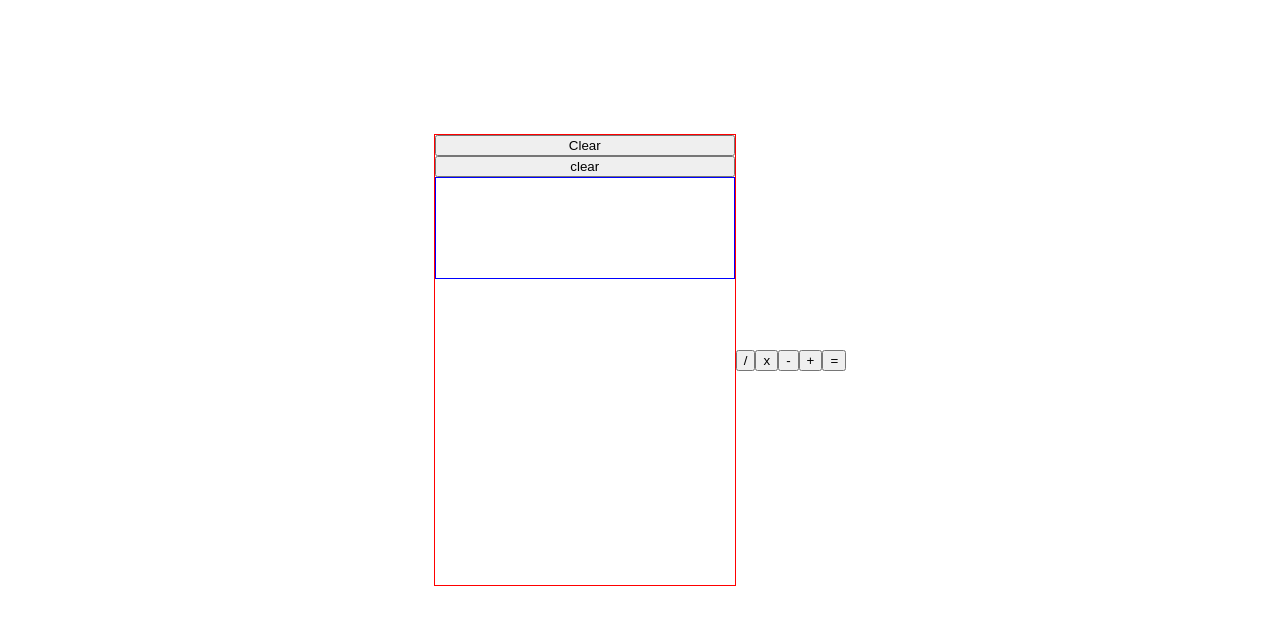
Repository: kocokoy/Calculator
Page: index.html
These files come from the project's save history. The page is drawn as it stood at one moment and after the next save; the edit follows.
The browser window is 1280 px wide. The pictures show the whole page.

Above is the page before, as saved 2024-10-22 13:52:25.

### index.html
<!DOCTYPE html>
<html lang="en">
<head>
  <meta charset="UTF-8">
  <meta name="viewport" content="width=device-width, initial-scale=1.0">
  <link rel="stylesheet" href="/style.css">
  <title>Document</title>
</head>
<body>
  <div class="calculator-container">
    <div class="output-number"></div>
    <div class="number-and-clear-container">
      <div class="clear-button-container">
        <button class="clear-button">Clear</button>
      </div>
      <div class="number-container">

      </div>
    </div>
    <div class="operator-container">
    </div>
  </div>
  <script src="/script.js"></script>
</body>
</html>

### style.css
body{
  padding: 0;
  margin: 0;
  height: 100%;
}
.calculator-container{
  display: flex;
  align-items: center;
  justify-content: center;
  height: 100vh;
}
.number-and-clear-container{
  border: 1px solid red;
  height: 450px;
  width: 300px;
  display: block;
}
.clear-button-container{
  display: grid;
}
.number-container{
  display: grid;
  grid-template-columns: 1fr 1fr 1fr;
  direction: rtl;
  border: 1px solid blue;
  height: 100px;
}
.zero-button{
  display: grid;
  grid-template-columns: 1fr;
}

### script.js
const calculatorButton = ['clear',1,2,3,4,5,6,7,8,9,0];
const operatorContent = ['/','x','-','+','='];
const numberContainer = document.querySelector('.number-container');
const numberButton = document.querySelectorAll('.number-button');
const operatorContainer = document.querySelector('.operator-container');
const operatorButton = document.querySelectorAll('.operator-button');
const outputElement = document.querySelector('.output-number');

let num1 = '';
let num2 = '';
let operator = '';
let result = 0;
let equals ='';
let html = '';

const descendedNumber = calculatorButton.sort((a,b) => b-a)
descendedNumber.forEach(num => {
  console.log(num);
  if(num === 'clear'){
    const div = document.createElement('div');
    const button = document.createElement('button');
    div.classList.add('clear-button-container');
    const clearButtonContainer = document.querySelector('.clear-button-container');
    button.classList.add('clear-button');
    button.textContent = num;
    clearButtonContainer.appendChild(button);
    console.log(div);
  }
  // const button = document.createElement('button');
  // button.classList.add('number-button');
  // button.textContent = num;
  // numberContainer.appendChild(button);
});

operatorContent.forEach(oper => {
  const button = document.createElement('button');
  button.classList.add('operator-button');
  button.textContent = oper;
  operatorContainer.appendChild(button);
});


operatorButton.forEach((operButton,i) => {
  operButton.addEventListener('click', () => {
    if(operButton.textContent != '='){
      operator = operButton.textContent;
      outputElements(operator);
    }else{
      equals = operButton.textContent;
      if(equals === '='){
        console.log(`${num1}${operator}${num2}`)
        operate(num1,num2,operator);
      }
    }

  })
})

numberButton.forEach((numButton,i) => {
  numButton.addEventListener('click', () => {

    if (operator === '') {
      num1 += numButton.textContent;
      outputElements(numButton.textContent);
      console.log('Num1:', num1);
    } else {
      num2 += numButton.textContent;
      outputElements(numButton.textContent);
      console.log('Num2:', num2);
    }
  })
})


function outputElements(a){
  if(num1 && num2 && operator && equals){
    outputElement.textContent = '';
    outputElement.textContent = a;
  }else{
    html+=a;
    console.log(html);
    outputElement.textContent = html;
  }
}




function operate(num1,num2,operator){
  number1 = parseInt(num1,10);
  number2 = parseInt(num2,10);
  if(operator === '+'){
    addOperator(number1,number2);
  }else if(operator === '-'){
    minusOperator(number1,number2);
  }else if(operator === '*'){
    timesOperator(number1,number2);
  }else if(operator === '/'){
    divideOperator(number1,number2);
  }
}


const addOperator = (a,b) => {
  console.log(a,b);
  result = a + b;
  outputElements(result);
  return console.log(result);
}

const minusOperator = (a,b) => {
  result = a-b;
  outputElements(result);
  return console.log(result);
}

const timesOperator = (a,b) => {
  result = a*b;
  outputElements(result);
  return console.log(result);
}

const divideOperator = (a,b) => {
  sum = a/b;
  outputElements(result);
  return console.log(result);
}

After the next save:
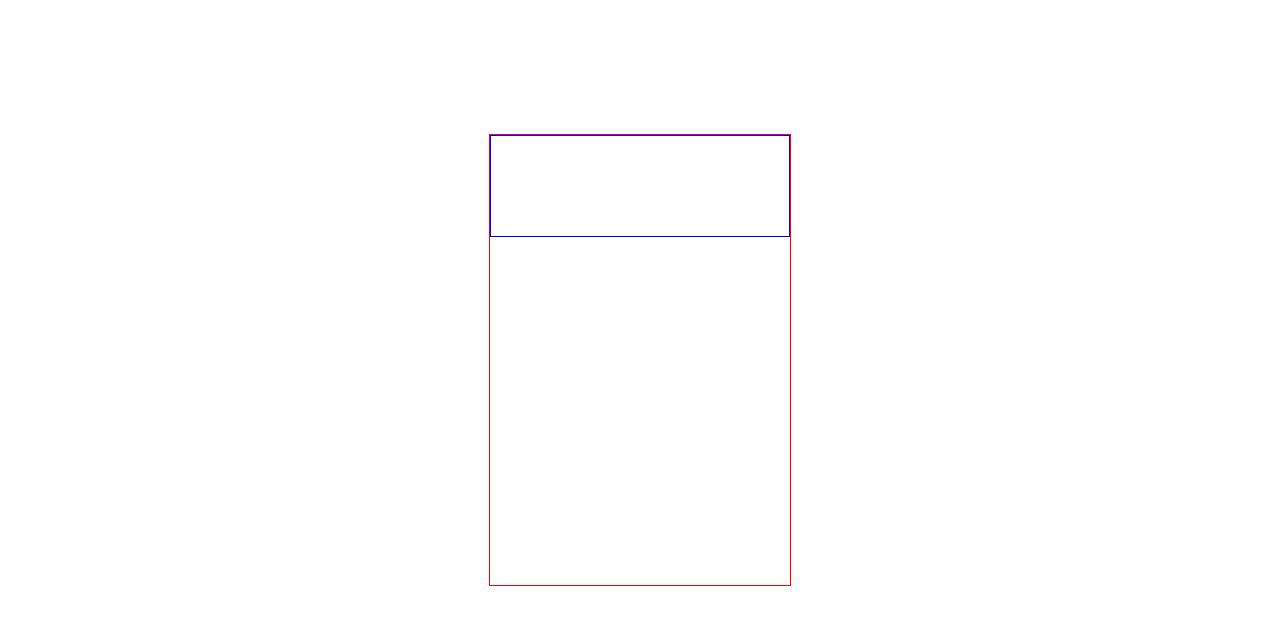
Console error: TypeError: Cannot read properties of null (reading 'appendChild')
Saved 23 s later.
--- a/index.html
+++ b/index.html
@@ -10,9 +10,9 @@
   <div class="calculator-container">
     <div class="output-number"></div>
     <div class="number-and-clear-container">
-      <div class="clear-button-container">
+      <!-- <div class="clear-button-container">
         <button class="clear-button">Clear</button>
-      </div>
+      </div> -->
       <div class="number-container">
 
       </div>

After the save that followed:
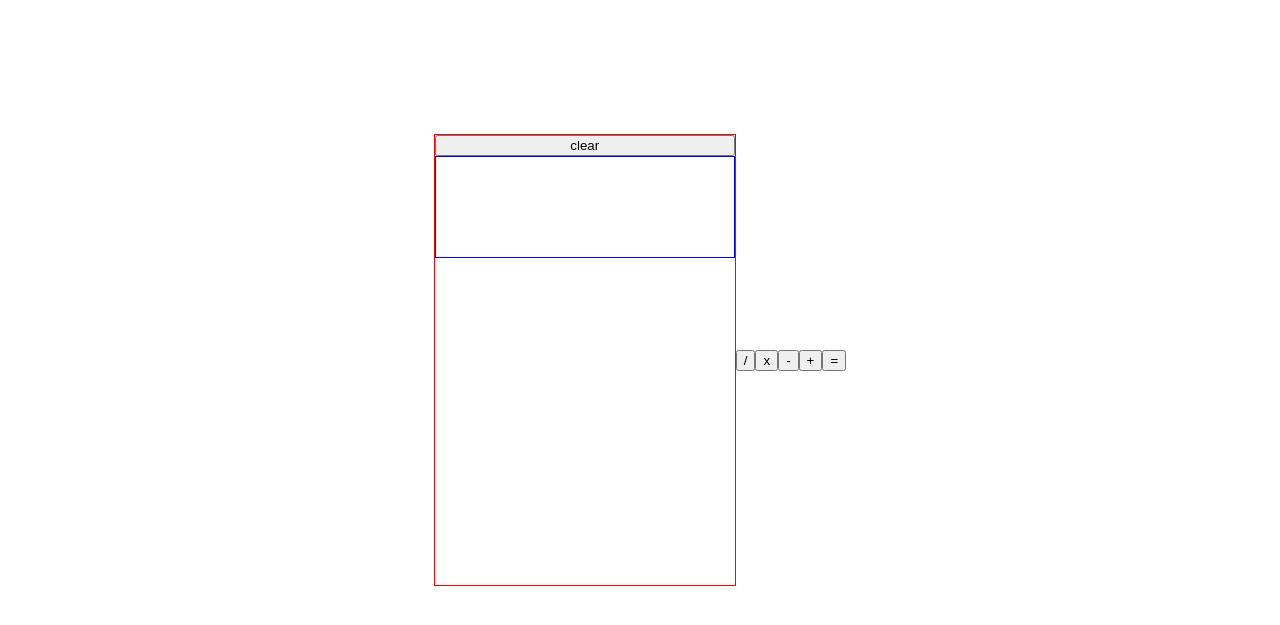
The error is gone.
Saved 67 s later.
--- a/index.html
+++ b/index.html
@@ -10,11 +10,12 @@
   <div class="calculator-container">
     <div class="output-number"></div>
     <div class="number-and-clear-container">
-      <!-- <div class="clear-button-container">
-        <button class="clear-button">Clear</button>
-      </div> -->
+      <div class="clear-button-container">
+      </div>
       <div class="number-container">
 
+      </div>
+      <div class="zero-button-container">
       </div>
     </div>
     <div class="operator-container">
